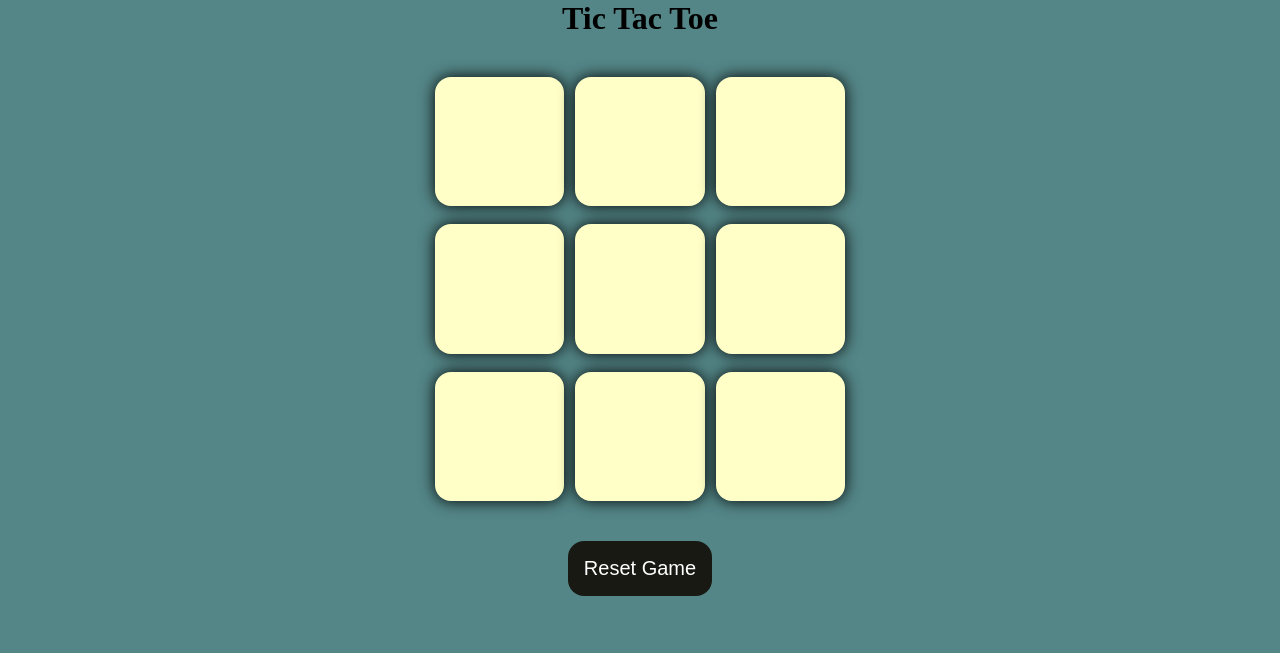
Repository: pankaj-shaw05/Tic-Tac-Toe
Page: index.html
These files come from the project's save history. The page is drawn as it stood at one moment and after the next save; the edit follows.
The browser window is 1280 px wide. The pictures show the whole page.

Above is the page before, as saved 2026-04-07 20:26:39.

### index.html
<!DOCTYPE html>
<html lang="en">
<head>
    <meta charset="UTF-8">
    <meta name="viewport" content="width=device-width, initial-scale=1.0">
    <title>Tic-Tac-Toe Game</title>
    <link rel="stylesheet" href="style.css"/>
</head>
<body>
    <main>
        <h1>Tic Tac Toe</h1>
        <div class="container">
        <div class="game">
            <button class="box"></button>
            <button class="box"></button>
            <button class="box"></button>
            <button class="box"></button>
            <button class="box"></button>
            <button class="box"></button>
            <button class="box"></button>
            <button class="box"></button>
            <button class="box"></button>
        </div>
        </div>
        <button id="reset-btn">Reset Game</button>
    </main>
    <script src="app.js"></script>
</body>
</html>

### style.css
* {
    margin: 0;
    padding: 0;

}

body {
    background-color: #548687;
    text-align: center;
}

.container {
    height: 70vh;
    display: flex;
    justify-content: center;
    align-items: center;
}

.game {
    height: 60vmin;
    width: 60vmin;
    display: flex;
    flex-wrap: wrap;
    justify-content: center;
    align-items: center;
    gap: 1.5vmin;
}

.box {
    height: 18vmin;
    width: 18vmin;
    border-radius: 1rem;
    border: none;
    box-shadow: 0 0 1rem rgba(0,0,0.3);
    font-size: 8vmin;
    color: #b0413e;
    background-color: #ffffc7;
}

#reset-btn {
    padding: 1rem;
    font-size: 1.25rem;
    background-color: #191913;
    color: #fff;
    border-radius: 1rem;
    border: none;
}

### app.js
let boxes = document.querySelectorAll(".box");
let resetBtn =document.querySelector("#reset-btn");

let turnO =true;

const winPatterns = [
    [0, 1, 2],
    [0, 3, 6],
    [0, 4, 8],
    [1, 4, 7],
    [2, 5, 8],
    [2, 4, 6],
    [3, 4, 5],
    [6, 7, 8],
];

boxes.forEach((box) => {
    box.addEventListener("click", () => {
        console.log("box was clicked");
        if(turnO) {
            box.innerText = "O";
            turnO = false;
        }else{
            box.innerText = "X";
            turnO = true;
        }
        box.disabled =true;
        checkWinner();
    });

});
const checkWinner = () => {
    for( let pattern of winPatterns) {
            let pos1val = boxes[pattern[0]].innerText
            let pos2val = boxes[pattern[1]].innerText
            let pos3val = boxes[pattern[2]].innerText

            if(pos1val !="" && pos2val !="" && pos3val != ""){
                if(pos1val === pos2val && pos2val === pos3val) {
                    console.log("winner",pos1val);
                }
            }
    }
}

After the next save:
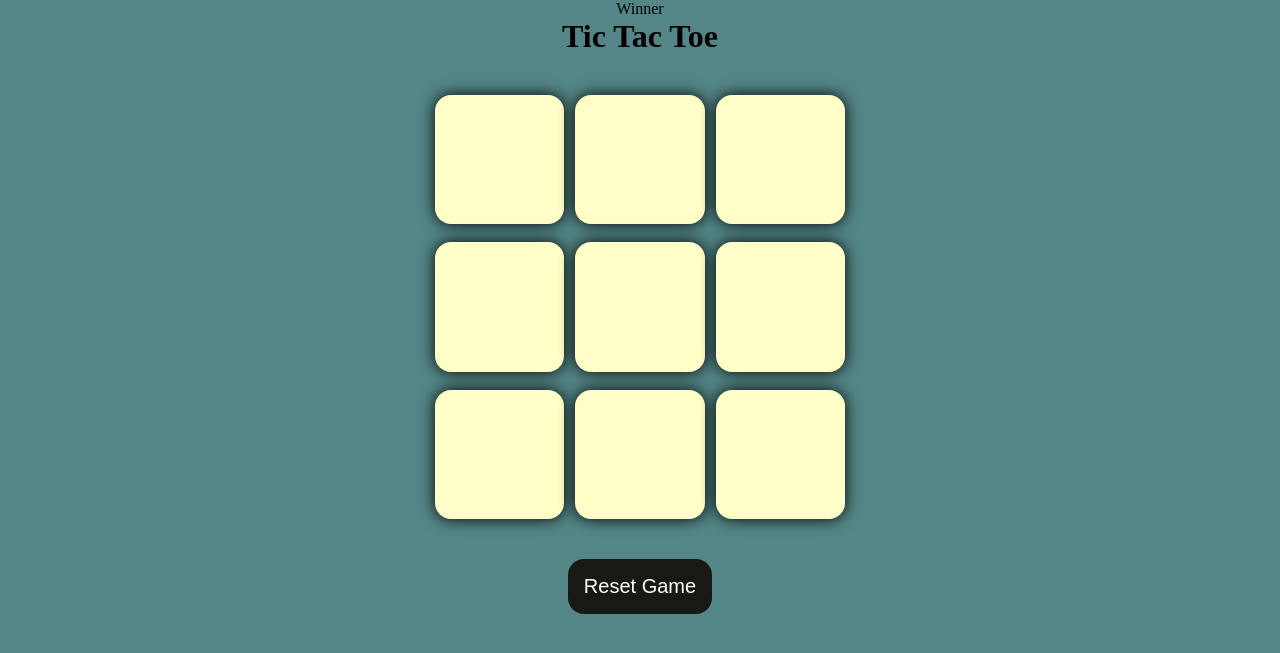
Saved 2 min 16 s later.
--- a/index.html
+++ b/index.html
@@ -7,6 +7,9 @@
     <link rel="stylesheet" href="style.css"/>
 </head>
 <body>
+    <div class="msg-container">
+        <p id="msg">Winner</p>
+    </div>
     <main>
         <h1>Tic Tac Toe</h1>
         <div class="container">
